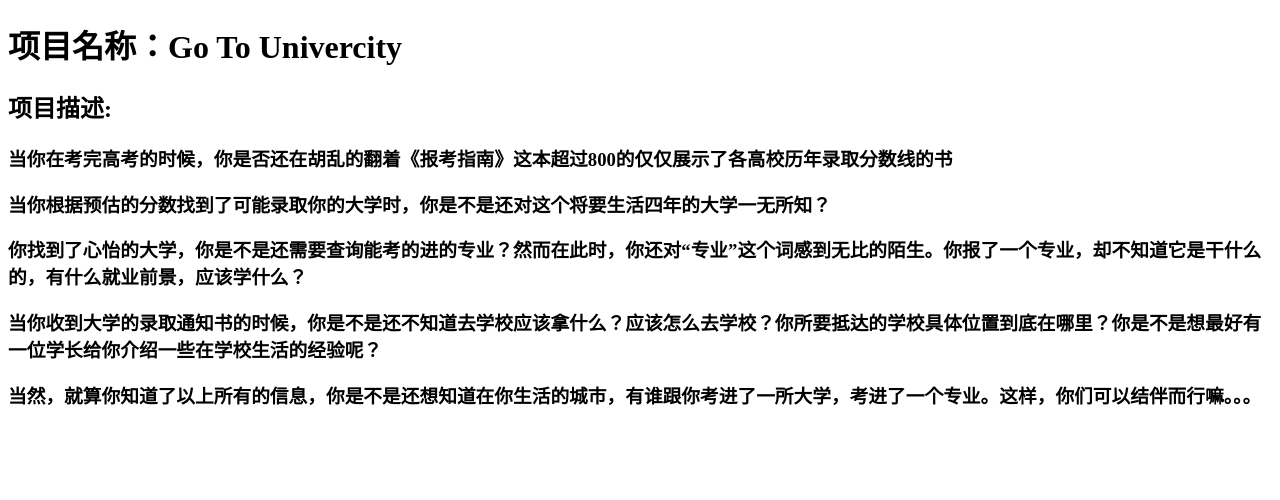
Repository: SUT-GC/GoToUnivercity
Page: http://localhost/GoToUniversity/ideasource/idea.jsp
An editor plug-in stored every save of this project. The page is shown before and after the next save, followed by the edit.
The browser window is 1280 px wide. The pictures show the whole page.
The page is served by Tomcat 9. Nobody is signed in. The application's start-up code is not run.

Above is the page before, as saved 2015-11-16 10:58:15.

After the next save:
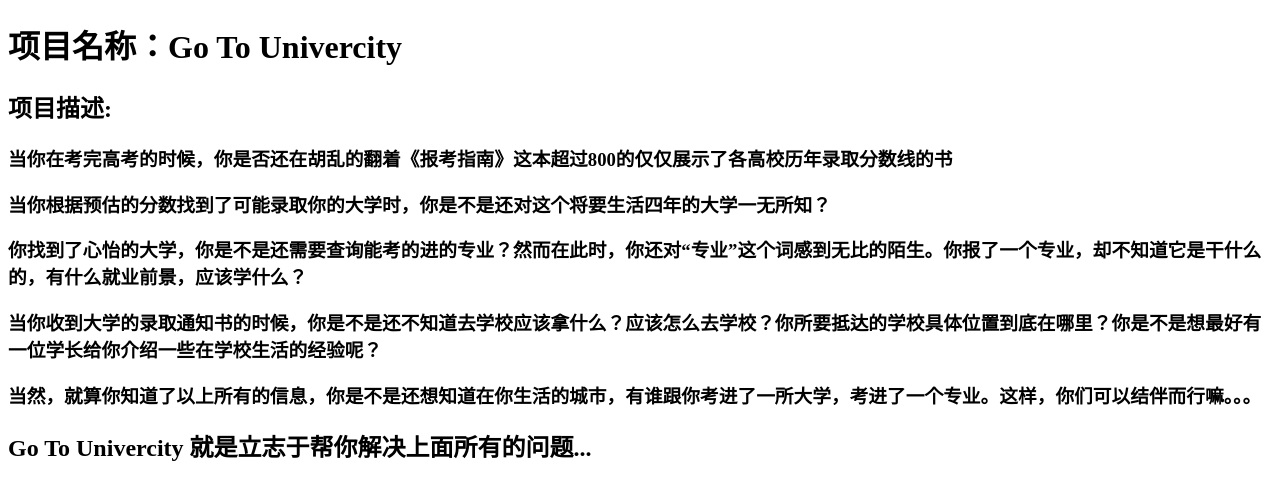
Saved 50 s later.
--- a/GoToUniversity/WebContent/ideasource/idea.jsp
+++ b/GoToUniversity/WebContent/ideasource/idea.jsp
@@ -23,7 +23,7 @@
 				</h3>
 			</div>
 			<div class="content_body_content">
-
+				<h2>Go To Univercity 就是立志于帮你解决上面所有的问题...</h2>
 			</div>
 		</div>
 	</div>
